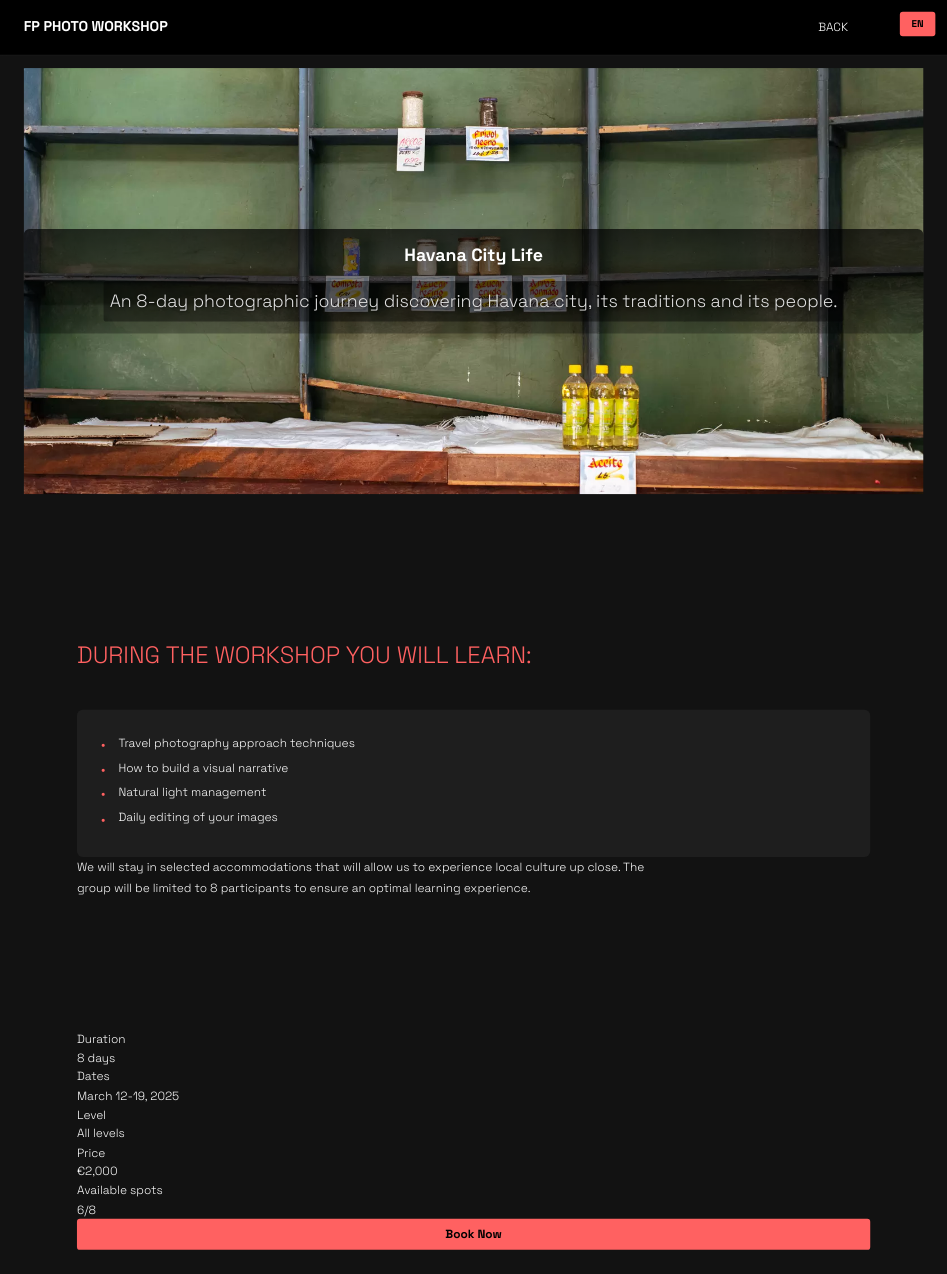
Repository: philipkdpavkia/photo-auto
Page: workshop/cuba.html
An editor plug-in stored every save of this project. The page is shown before and after the next save, followed by the edit.
The browser window is 1280 px wide. The pictures show the whole page, at 74% of full size.

Above is the page before, as saved 2024-11-22 00:16:10.
Console error: SyntaxError: Identifier 'currentLang' has already been declared

### workshop/cuba.html
<!DOCTYPE html>
<html lang="en">
<head>
    <meta charset="UTF-8">
    <title>Cuba Photography Workshop 2024-2025 | Francesco Pavia</title>
    <meta name="description" content="Photography workshop in Cuba with Francesco Pavia. Explore Havana and Trinidad through photography. 2024-2025 dates, small groups, all levels welcome.">
    <link rel="canonical" href="https://francescopavia.org/workshop/cuba" />
    <link rel="stylesheet" href="https://cdnjs.cloudflare.com/ajax/libs/font-awesome/6.0.0/css/all.min.css">
    <link rel="stylesheet" href="/css/style.css">
    <script src="/translations.json" type="application/json"></script>
    <script src="/language.js"></script>

    <script type="application/ld+json">
    {
      "@context": "https://schema.org",
      "@type": "Event",
      "name": "Cuba Photography Workshop - Havana City Life",
      "description": "Photography workshop in Cuba with Francesco Pavia",
      "startDate": "2025-03-12",
      "endDate": "2025-03-19",
      "organizer": {
        "@type": "Person",
        "name": "Francesco Pavia"
      },
      "eventStatus": "https://schema.org/ScheduledEvent",
      "eventAttendanceMode": "https://schema.org/OfflineEventAttendanceMode",
      "location": {
        "@type": "Place",
        "name": "Havana, Cuba"
      },
      "offers": {
        "@type": "Offer",
        "price": "2000",
        "priceCurrency": "EUR"
      }
    }
    </script>
</head>
<body>
    <header class="header">
        <nav class="nav">
            <a class="logo" href="/workshop/index.html">FP PHOTO WORKSHOP</a>
            <button id="langSwitch" class="lang-switch" onclick="switchLanguage()">EN</button>
            <div class="nav-links">
                <a href="../index.html" data-i18n="workshops.mexico.back">BACK</a>
                <a href="https://instagram.com/fpphotoworkshop" target="_blank" class="instagram-link">
                    <i class="fab fa-instagram"></i>
                </a>
            </div>
        </nav>
    </header>

    <main>
        <section class="hero">
            <div class="workshop-link">
                <img alt="Havana Life" src="../images/cuba/cub.webp" class="workshop-hero"/>
                <div class="workshop-text">
                    <h1 data-i18n="workshops.cuba.title">Havana City Life</h1>
                    <p data-i18n="workshops.cuba.description">
                        An 8-day photographic journey discovering Havana city, its traditions and its people.
                    </p>
                </div>
            </div>
        </section>

        <section class="about">
            <div class="workshop-content">
                <h2 data-i18n="workshops.cuba.learn" class="section-title">During the workshop you will learn:</h2>

                <div class="philosophy">
                    <ul>
                        <li data-i18n="workshops.cuba.technique1">Travel photography approach techniques</li>
                        <li data-i18n="workshops.cuba.technique2">How to build a visual narrative</li>
                        <li data-i18n="workshops.cuba.technique3">Natural light management</li>
                        <li data-i18n="workshops.cuba.technique4">Daily editing of your images</li>
                    </ul>
                </div>

                <p data-i18n="workshops.cuba.accommodation">
                    We will stay in selected accommodations that will allow us to experience local culture up close.
                    The group will be limited to 8 participants to ensure an optimal learning experience.
                </p>
            </div>
        </section>

        <section class="contact">
            <div class="workshop-sidebar">
                <div class="info-block">
                    <div class="info-label" data-i18n="workshops.cuba.duration">Duration</div>
                    <div class="info-value" data-i18n="workshops.cuba.duration_value">8 days</div>
                </div>
                <div class="info-block">
                    <div class="info-label" data-i18n="workshops.cuba.dates">Dates</div>
                    <div class="info-value" data-i18n="workshops.cuba.dates_value">March 12-19, 2025</div>
                </div>
                <div class="info-block">
                    <div class="info-label" data-i18n="workshops.cuba.level">Level</div>
                    <div class="info-value" data-i18n="workshops.cuba.level_value">All levels</div>
                </div>
                <div class="info-block">
                    <div class="info-label" data-i18n="workshops.cuba.price">Price</div>
                    <div class="info-value" data-i18n="workshops.cuba.price_value">€2,000</div>
                </div>
                <div class="info-block">
                    <div class="info-label" data-i18n="workshops.cuba.spots">Available spots</div>
                    <div class="info-value" data-i18n="workshops.cuba.spots_value">6/8</div>
                </div>
                <a href="iscrizione.html?workshop=cuba" class="workshop-button" data-i18n="workshops.cuba.book">Book Now</a>
            </div>
        </section>
    </main>
    <script src="/translations.json" type="application/json"></script>
    <script src="/language.js"></script>
</body>
</html>

Loaded but not shown: translations.json (167 lines, source omitted); language.js (165 lines, source omitted); css/style.css (920 lines, source omitted)

After the next save:
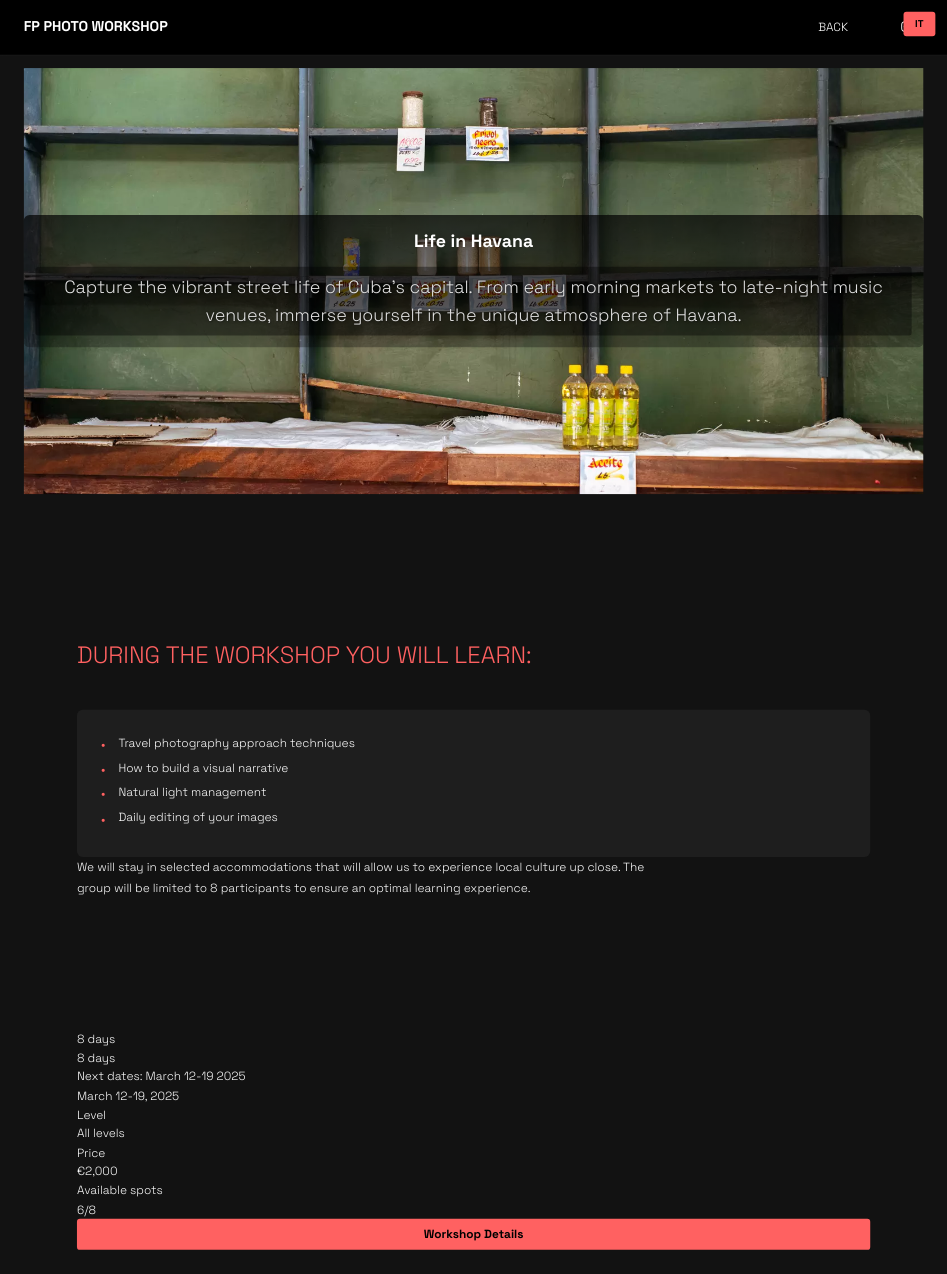
The error is gone.
Saved 4 min 8 s later.
--- a/workshop/cuba.html
+++ b/workshop/cuba.html
@@ -7,8 +7,6 @@
     <link rel="canonical" href="https://francescopavia.org/workshop/cuba" />
     <link rel="stylesheet" href="https://cdnjs.cloudflare.com/ajax/libs/font-awesome/6.0.0/css/all.min.css">
     <link rel="stylesheet" href="/css/style.css">
-    <script src="/translations.json" type="application/json"></script>
-    <script src="/language.js"></script>
 
     <script type="application/ld+json">
     {
@@ -40,9 +38,9 @@
     <header class="header">
         <nav class="nav">
             <a class="logo" href="/workshop/index.html">FP PHOTO WORKSHOP</a>
-            <button id="langSwitch" class="lang-switch" onclick="switchLanguage()">EN</button>
+            <button id="langSwitch" class="lang-switch" onclick="switchLanguage()">IT</button>
             <div class="nav-links">
-                <a href="../index.html" data-i18n="workshops.mexico.back">BACK</a>
+                <a href="../index.html" data-translate="menu.back">BACK</a>
                 <a href="https://instagram.com/fpphotoworkshop" target="_blank" class="instagram-link">
                     <i class="fab fa-instagram"></i>
                 </a>
@@ -55,9 +53,9 @@
             <div class="workshop-link">
                 <img alt="Havana Life" src="../images/cuba/cub.webp" class="workshop-hero"/>
                 <div class="workshop-text">
-                    <h1 data-i18n="workshops.cuba.title">Havana City Life</h1>
-                    <p data-i18n="workshops.cuba.description">
-                        An 8-day photographic journey discovering Havana city, its traditions and its people.
+                    <h1 data-translate="workshops_page.cards.cuba.title">Life in Havana</h1>
+                    <p data-translate="workshops_page.cards.cuba.description">
+                        Capture the vibrant street life of Cuba's capital. From early morning markets to late-night music venues, immerse yourself in the unique atmosphere of Havana.
                     </p>
                 </div>
             </div>
@@ -65,18 +63,18 @@
 
         <section class="about">
             <div class="workshop-content">
-                <h2 data-i18n="workshops.cuba.learn" class="section-title">During the workshop you will learn:</h2>
+                <h2 class="section-title" data-translate="workshops_page.learn">During the workshop you will learn:</h2>
 
                 <div class="philosophy">
                     <ul>
-                        <li data-i18n="workshops.cuba.technique1">Travel photography approach techniques</li>
-                        <li data-i18n="workshops.cuba.technique2">How to build a visual narrative</li>
-                        <li data-i18n="workshops.cuba.technique3">Natural light management</li>
-                        <li data-i18n="workshops.cuba.technique4">Daily editing of your images</li>
+                        <li data-translate="workshops_page.technique1">Travel photography approach techniques</li>
+                        <li data-translate="workshops_page.technique2">How to build a visual narrative</li>
+                        <li data-translate="workshops_page.technique3">Natural light management</li>
+                        <li data-translate="workshops_page.technique4">Daily editing of your images</li>
                     </ul>
                 </div>
 
-                <p data-i18n="workshops.cuba.accommodation">
+                <p data-translate="workshops_page.accommodation">
                     We will stay in selected accommodations that will allow us to experience local culture up close.
                     The group will be limited to 8 participants to ensure an optimal learning experience.
                 </p>
@@ -86,29 +84,31 @@
         <section class="contact">
             <div class="workshop-sidebar">
                 <div class="info-block">
-                    <div class="info-label" data-i18n="workshops.cuba.duration">Duration</div>
-                    <div class="info-value" data-i18n="workshops.cuba.duration_value">8 days</div>
+                    <div class="info-label" data-translate="workshops_page.cards.cuba.duration">Duration</div>
+                    <div class="info-value">8 days</div>
                 </div>
                 <div class="info-block">
-                    <div class="info-label" data-i18n="workshops.cuba.dates">Dates</div>
-                    <div class="info-value" data-i18n="workshops.cuba.dates_value">March 12-19, 2025</div>
+                    <div class="info-label" data-translate="workshops_page.cards.cuba.dates">Dates</div>
+                    <div class="info-value">March 12-19, 2025</div>
                 </div>
                 <div class="info-block">
-                    <div class="info-label" data-i18n="workshops.cuba.level">Level</div>
-                    <div class="info-value" data-i18n="workshops.cuba.level_value">All levels</div>
+                    <div class="info-label" data-translate="workshops_page.level">Level</div>
+                    <div class="info-value" data-translate="workshops_page.level_value">All levels</div>
                 </div>
                 <div class="info-block">
-                    <div class="info-label" data-i18n="workshops.cuba.price">Price</div>
-                    <div class="info-value" data-i18n="workshops.cuba.price_value">€2,000</div>
+                    <div class="info-label" data-translate="workshops_page.price">Price</div>
+                    <div class="info-value">€2,000</div>
                 </div>
                 <div class="info-block">
-                    <div class="info-label" data-i18n="workshops.cuba.spots">Available spots</div>
-                    <div class="info-value" data-i18n="workshops.cuba.spots_value">6/8</div>
+                    <div class="info-label" data-translate="workshops_page.spots">Available spots</div>
+                    <div class="info-value">6/8</div>
                 </div>
-                <a href="iscrizione.html?workshop=cuba" class="workshop-button" data-i18n="workshops.cuba.book">Book Now</a>
+                <a href="iscrizione.html?workshop=cuba" class="workshop-button" data-translate="workshops_page.cards.cuba.button">Book Now</a>
             </div>
         </section>
     </main>
+
+    <!-- Importante: prima il JSON delle traduzioni, poi lo script -->
     <script src="/translations.json" type="application/json"></script>
     <script src="/language.js"></script>
 </body>
